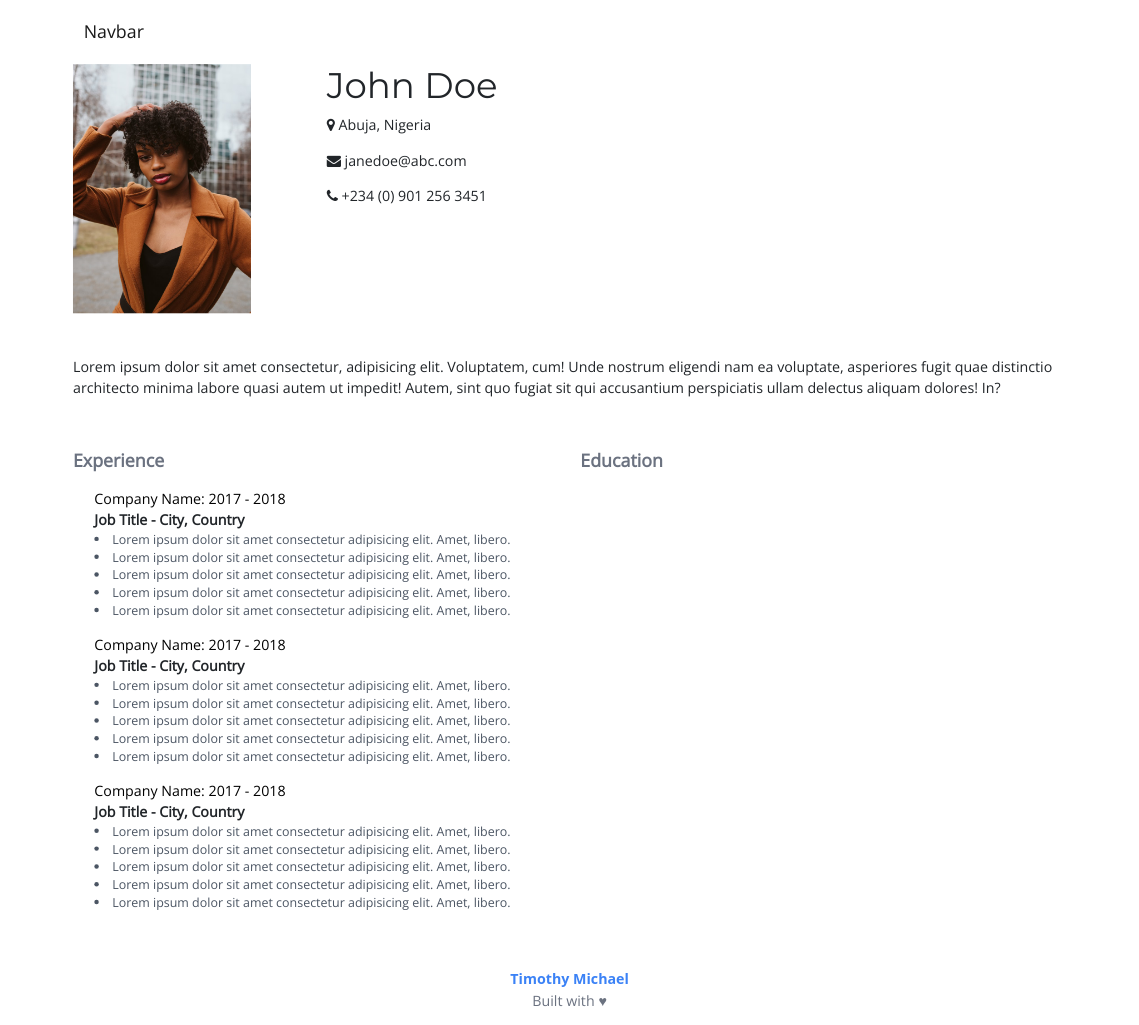
Repository: latenightsnacc/giggles
Page: HTML/CV.html
These files come from the project's save history. The page is drawn as it stood at one moment and after the next save; the edit follows.
The browser window is 1280 px wide. The pictures show the whole page, at 89% of full size.
Some web libraries are served in a nearby version.

Above is the page before, as saved 2021-01-05 11:13:15.

After the next save:
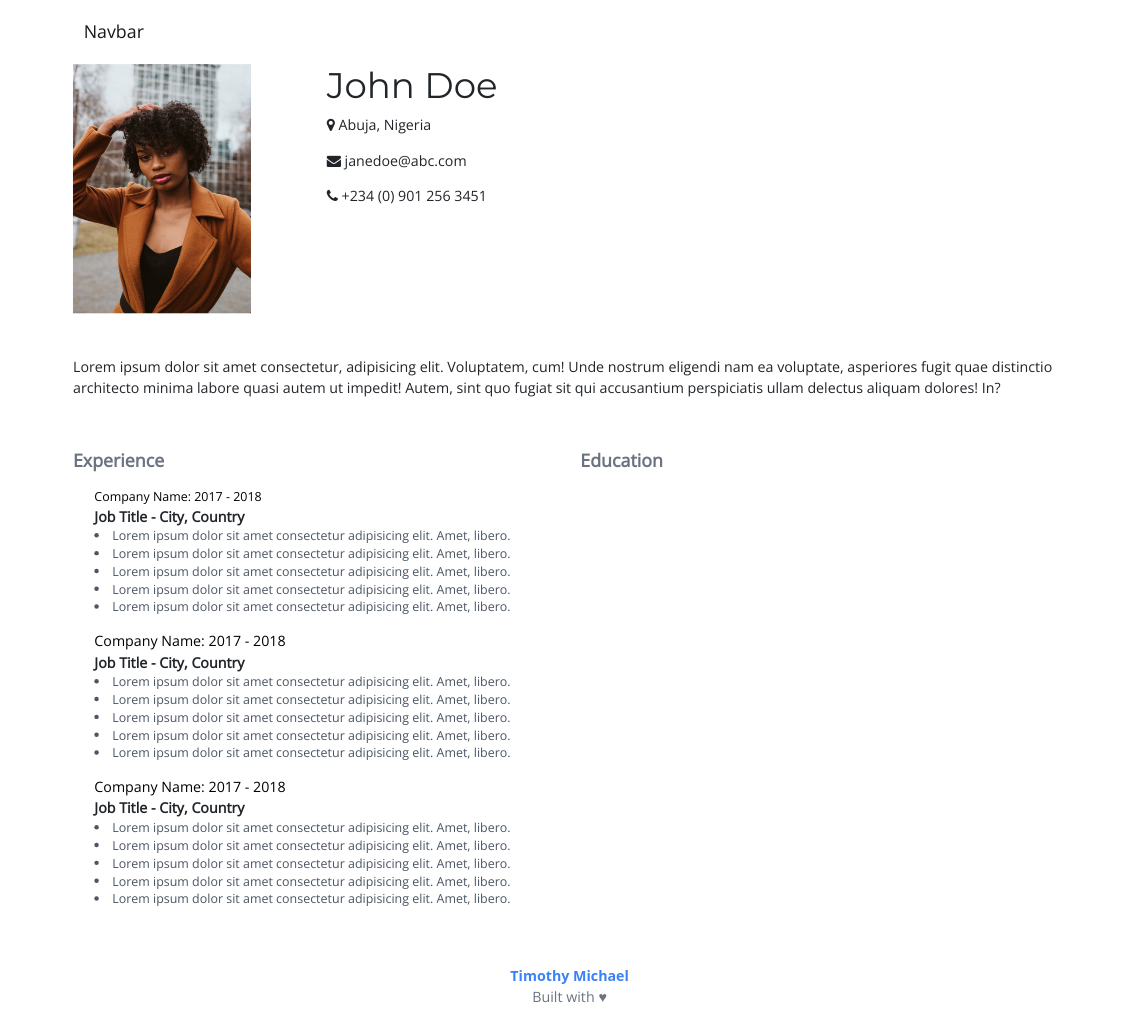
Saved 5 s later.
--- a/HTML/CV.html
+++ b/HTML/CV.html
@@ -62,7 +62,7 @@
                 <div class="col-xs-12 col-sm-12 col-md-12 col-lg-6 col-xl-6">
                     <div class="text-gray-500 font-semibold text-xl py-2">Experience</div>
                     <div class="container-sm my-2">
-                        <div class="text-black">Company Name: <span>2017 - 2018</span></div>
+                        <div class="text-black text-sm">Company Name: <span>2017 - 2018</span></div>
                         <div class="font-bold text-md">Job Title - City, Country</div>
                         <li class="text-sm text-gray-600">Lorem ipsum dolor sit amet consectetur adipisicing elit. Amet, libero.</li>
                         <li class="text-sm text-gray-600">Lorem ipsum dolor sit amet consectetur adipisicing elit. Amet, libero.</li>
